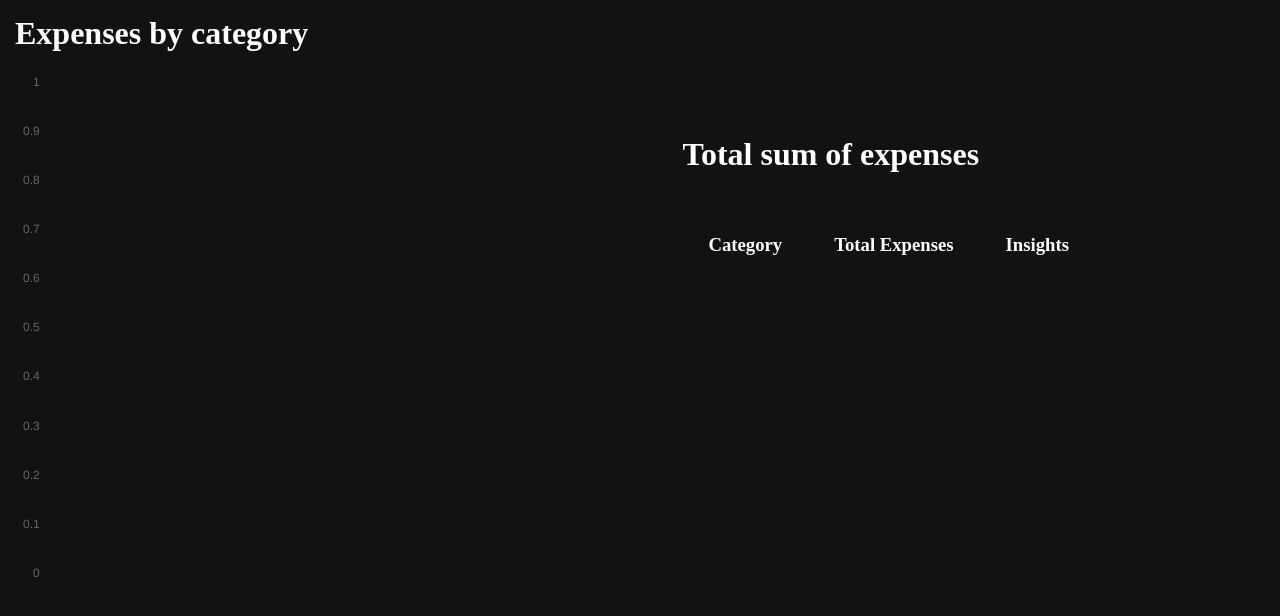
Repository: sarthak-tyagi123/expensetracker12
Page: http://localhost/insights
An editor plug-in stored every save of this project. The page is shown before and after the next save, followed by the edit.
The browser window is 1280 px wide. The pictures show the whole page.
The page is served by the project's Node server (app.js).

Above is the page before, as saved 2025-07-01 15:53:28.

After the next save:
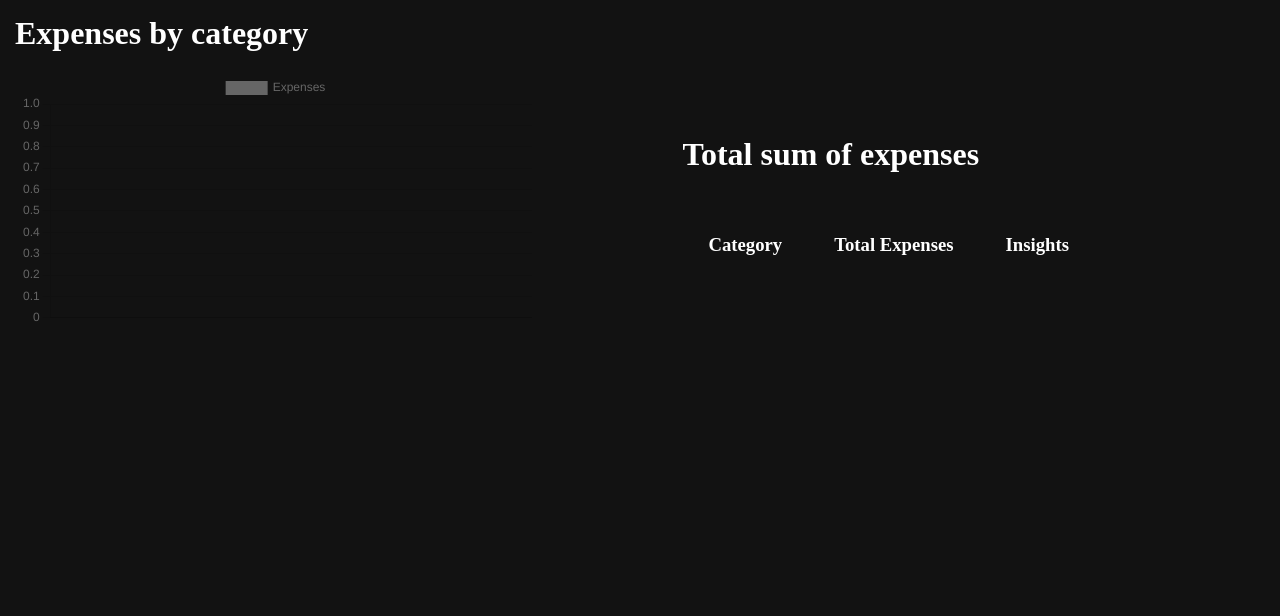
Saved 61 s later.
--- a/views/insights.ejs
+++ b/views/insights.ejs
@@ -81,7 +81,7 @@
   const ctx = document.getElementById('myChart');
 
   new Chart(ctx, {
-    type: 'doughnut',
+    type: 'bar',
     data: {
       labels: labels,
       datasets: [{

After the save that followed:
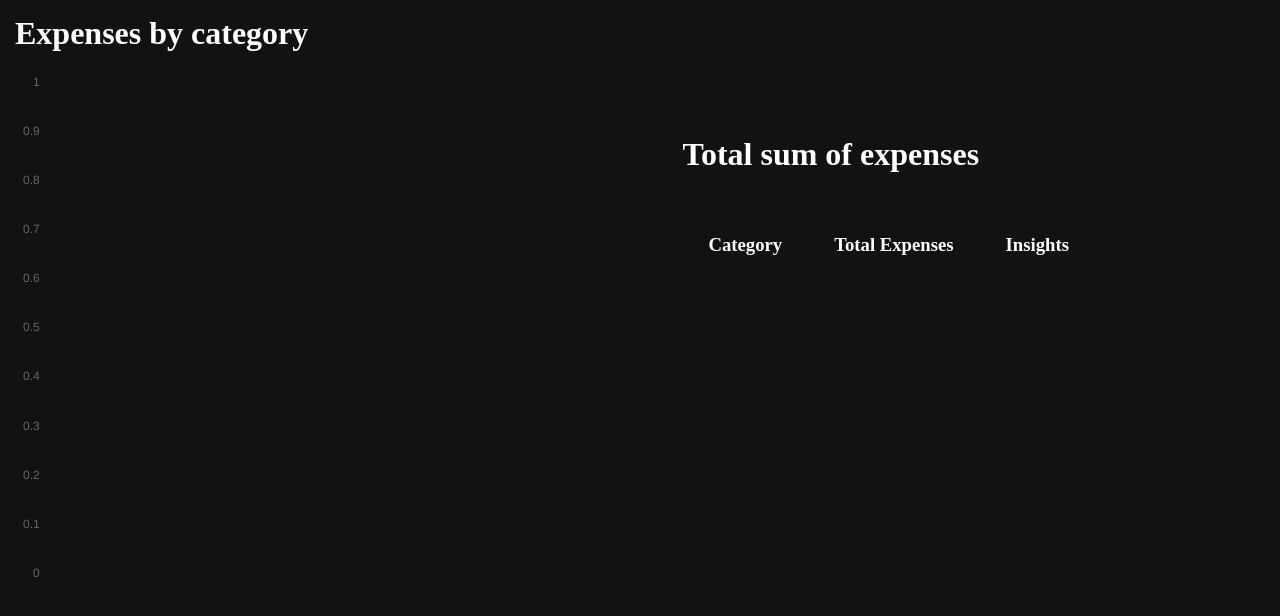
Saved 17 s later.
--- a/views/insights.ejs
+++ b/views/insights.ejs
@@ -81,7 +81,7 @@
   const ctx = document.getElementById('myChart');
 
   new Chart(ctx, {
-    type: 'bar',
+    type: 'doughnut',
     data: {
       labels: labels,
       datasets: [{
